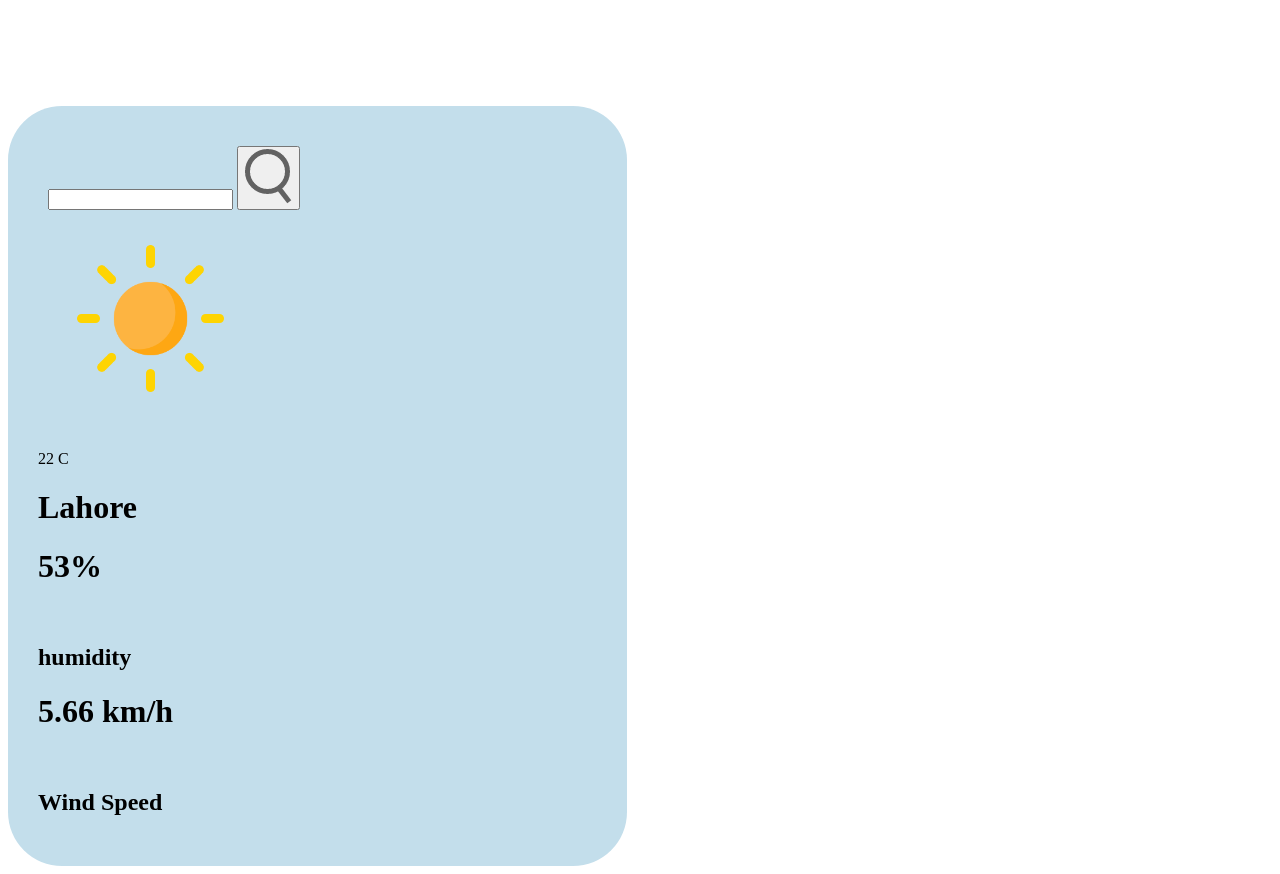
Repository: WajihaGul/Javascripts-Projects
Page: WEATHER APP/index.html
The author's editor kept a copy of each file at every save. The page is drawn from the files as they stood at one save, then again after the next save.
The browser window is 1280 px wide. The pictures show the whole page.

Above is the page before, as saved 2024-06-07 15:18:26.
Not found: WEATHER APP/script.js

After the next save:
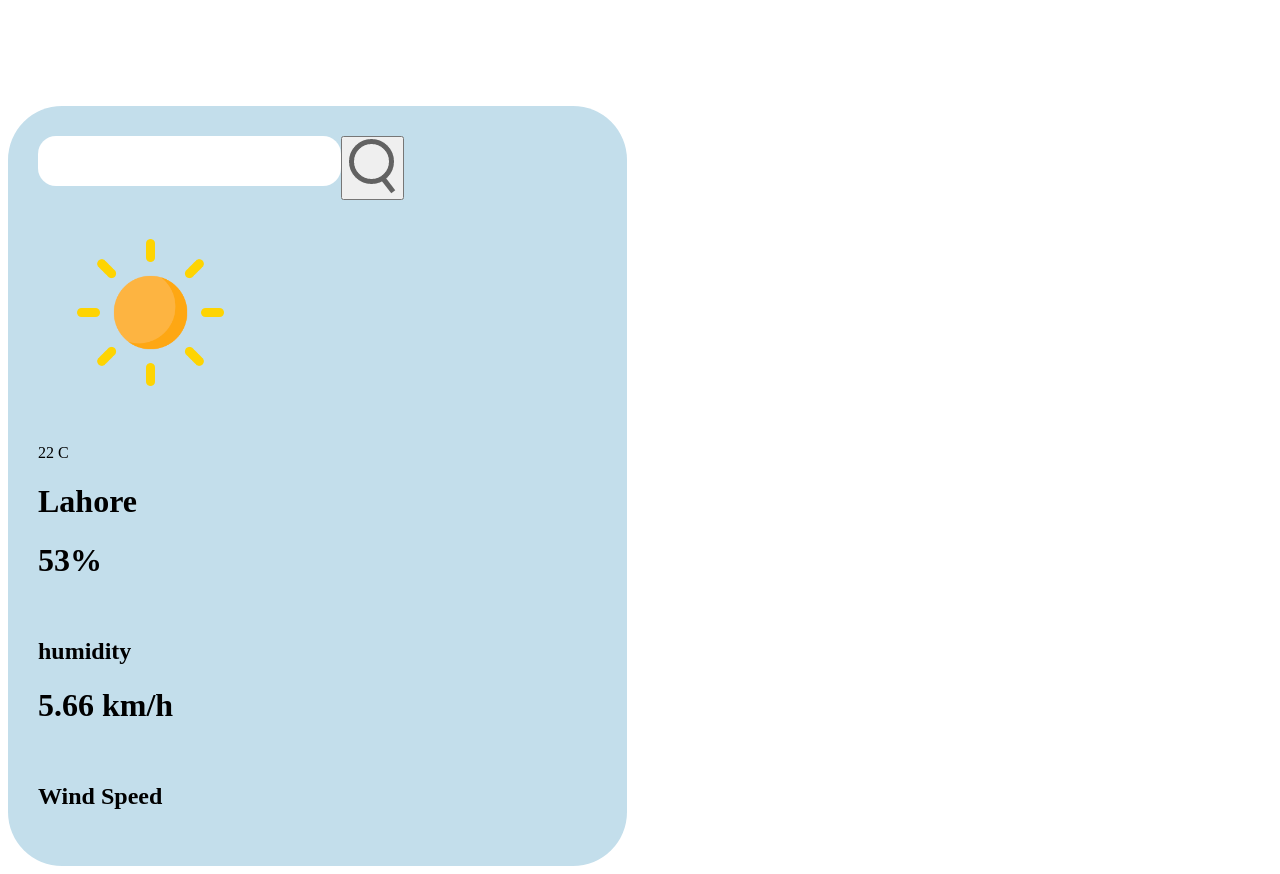
Saved 35 s later.
--- a/WEATHER APP/index.html
+++ b/WEATHER APP/index.html
@@ -10,7 +10,7 @@
     </head>
     <body>
             <div class="MainDiv">
-                <div class="Search" >
+                <div class="SearchDiv" >
                 <input type="search" class="SearchInput">
                 <button class="SearchLogo"><img src="/images/search.png" alt="SearchLogo"></button>
             </div>
--- a/WEATHER APP/style.css
+++ b/WEATHER APP/style.css
@@ -8,10 +8,14 @@
     height: 700px;
     padding: 30px
 }
-.Search{
+.SearchInput{
     width: 303px;
     height: 50px;
     border-radius: 18px;
     padding: 10px;
     border-color: transparent;
 }
+.SearchDiv{
+    display: flex;
+    flex-direction: row;
+}
